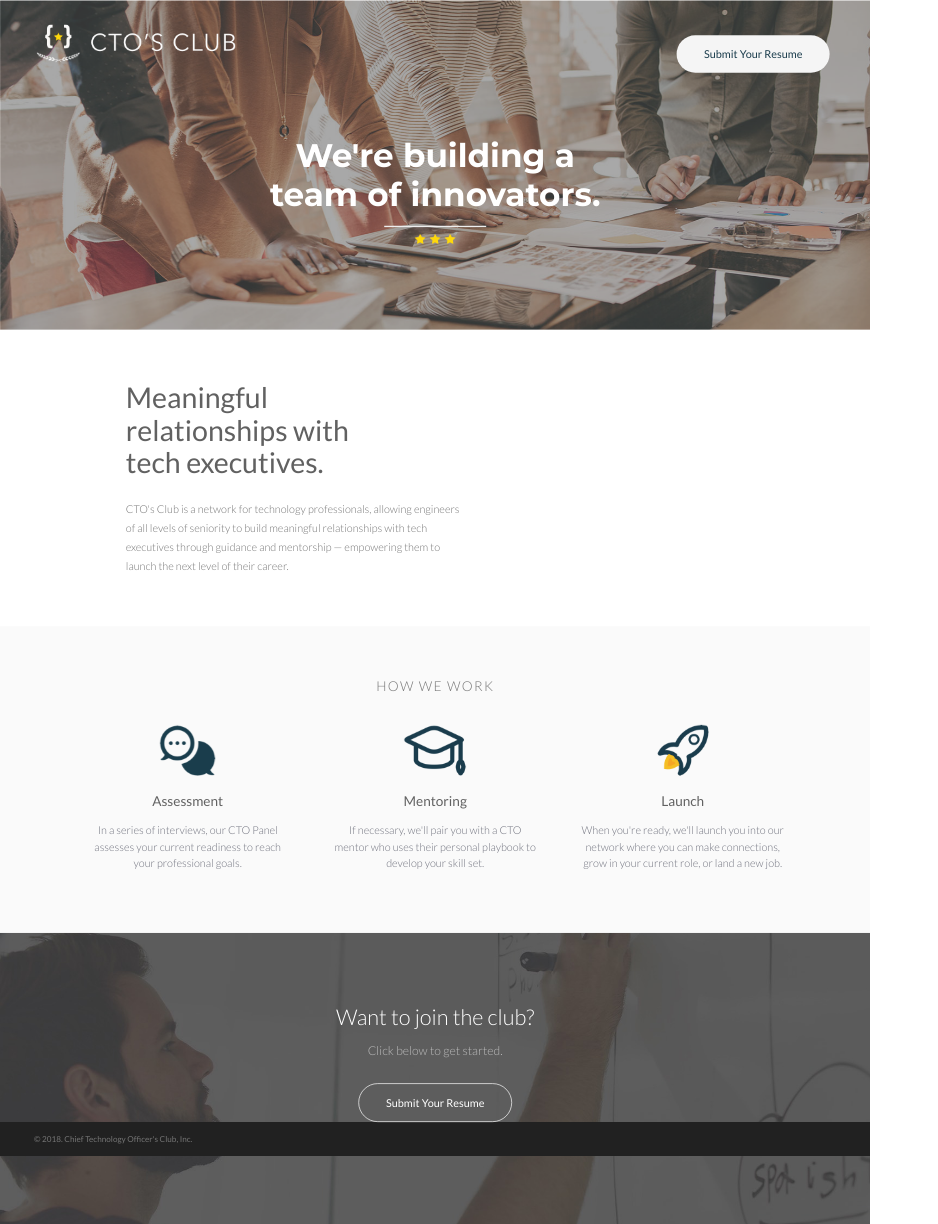
Repository: jadamduff/ctos_club_master
Page: index.html
The author's editor kept a record of every edit. The page is drawn from the files as they stood at one moment, then again after the next edit.
The browser window is 1280 px wide. The page is 1280 px wide, then 1380 px, so the pictures cover 1380 px, including what lies to the right of the window. The pictures show the whole page, at 68% of full size.
Some web fonts or font styles are not loaded; a fallback is used. Some web libraries are served in a nearby version.

Above is the page before.
Not found: js/join.js

### index.html
<!DOCTYPE html>
<html>
    <head>
        <title>CTO's CLub - Welcome</title>
        <link rel="stylesheet" type="text/css" href="css/base.css" />
        <link href="https://fonts.googleapis.com/css?family=Lato:300,400|Montserrat:500,700|Nunito+Sans:300i,400" rel="stylesheet">
        <script src="https://ajax.googleapis.com/ajax/libs/jquery/3.3.1/jquery.min.js"></script>
        <script src="https://ajax.googleapis.com/ajax/libs/jqueryui/1.12.1/jquery-ui.min.js"></script>
        <script src="js/join.js"></script>
        <meta name="viewport" content="width=device-width, initial-scale=1">
    </head>
    <body>
        <div class="screen" id="screen"></div>
        <div class="form_box" id="form_box">
            <div style="width: 350px; margin: 15px 25px 0 25px; text-align: center">
                <div id="wufoo-z19no87o1f58xc2">
                    Fill out my <a href="https://jadamduff.wufoo.com/forms/z19no87o1f58xc2">online form</a>.
                </div>
                <p id="close_btn">Close</p>
            </div>
        </div>
        <div style="width: 100%; height: 500px; background-color: #eeeeee; top: -500px; position: absolute"></div>
        <div style="background-image: url('images/hero_bg4.png'); width: 100%; height: 485px; background-size: cover; background-position: top">
            <div class="header" id="header_lg">
                <div class="header_contents">
                    <img src="images/logo_hero2.png" id="header_logo" />
                    <div class="contact_button" id="contact_button">Submit Your Resume</div>
                </div>
            </div>
            <div class="header smaller" id="header_sm">
                <div class="header_contents">
                    <img src="images/logo_main_sm6.png" id="header_logo_sm" />
                    <div class="contact_button smaller" id="contact_button_sm">Submit Your Resume</div>
                </div>
            </div>
            <div class="hero_wrapper" id="hero_wrapper">
                <div style="vertical-align: middle; border: 0; display: inline-block; line-height: 1.2; text-align: center; font-family: Montserrat; font-weight: 700; color: #ffffff; font-size: 48px; margin: 200px 0 10px 0">
                    We're building a<br />team of innovators.
                </div><br />
                <div style="width: 150px; height: 2px; background-color: #eeeeee; display: inline-block; margin: 0 0 5px 0"></div><br />
                <div style="display: inline-block">
                    <img src="images/star_sm.png" />
                    <img src="images/star_sm.png" />
                    <img src="images/star_sm.png" />
                </div>
            </div>
        </div>
        <div style="width: 100%; background-color: #ffffff; text-align: center; padding: 75px 0 75px 0">
            <div style="display: inline-block; padding: 0 25px 0 100px; vertical-align: middle">

                <div style="margin: 0; text-align: left">
                        <p style="font-family: Lato; font-size: 42px; color: #616161; font-weight: 400; line-height: 48px; max-width: 400px; margin: 0 0 30px 0">
                            Meaningful relationships with tech executives.
                        </p>
                        <p style="font-family: Lato; font-size: 16px; color: #757575; font-weight: 300; line-height: 28px; margin: 0; max-width: 500px">
                            CTO's Club is a network for technology professionals, allowing engineers of all levels of seniority to build meaningful relationships with tech executives through guidance and mentorship &#8212 empowering them to launch the next level of their career.
                        </p>
                </div>
            </div>
            <div style="display: inline-block; vertical-align: middle; margin: 0 100px 0 25px">
                <img src="images/alex3.png" id="cto_image"/>
                <div id="cto_label">
                    <p style="font-family: Nunito Sans; font-weight: 400; color: #424242; font-size: 22px; text-align: center; margin: 25px 0 0 0; line-height: 22px; vertical-align: middle">
                        <img src="images/star_sm.png" style="vertical-align: middle; padding: 0 0 6px 0" /> Alex Baretta
                    </p>
                    <p style="font-family: Nunito Sans; font-weight: 300i; font-style: italic; color: #424242; font-size: 18px; text-align: center; margin: 0 0 0 18px; line-height: 22px; vertical-align: middle">
                        Founder at xMuTuo
                    </p>
                </div>
            </div>

        </div>
        <div style="width: 100%; background-color: #fafafa; text-align: center; padding: 75px 0 75px 0">
            <div style="font-family: Lato; font-size: 20px; color: #757575; margin: 0 0 30px 0; text-align: center; font-weight: 300; letter-spacing: 2px">
                HOW WE WORK<br />
            </div>

            <ul style="list-style-type: none; display: inline-block; padding: 0">
                <li style="display: inline-block; width: 300px; margin: 0 30px; vertical-align: top">
                    <img src="images/interview_icon.png" style="height: 75px"/>
                    <p style="font-family: Lato; font-weight: 400; font-size: 20px; color: #616161; text-align: center">
                        Assessment
                    </p>
                    <p style="font-family: Lato; font-size: 16px; color: #6F717D; margin: 0; text-align: center; font-weight: 300; line-height: 24px">
                        In a series of interviews, our CTO Panel assesses your current readiness to reach your professional goals.
                    </p>
                </li>
                <li style="display: inline-block; width: 300px; margin: 0 30px; vertical-align: top">
                    <img src="images/mentoring_icon.png" style="height: 75px"/>
                    <p style="font-family: Lato; font-weight: 400; font-size: 20px; color: #616161; text-align: center">
                        Mentoring
                    </p>
                    <p style="font-family: Lato; font-size: 16px; color: #6F717D; margin: 0; text-align: center; font-weight: 300; line-height: 24px">
                        If necessary, we'll pair you with a CTO mentor who uses their personal playbook to develop your skill set.
                    </p>
                </li>
                <li style="display: inline-block; width: 300px; margin: 0 30px; vertical-align: top">
                    <img src="images/launch_icon.png" style="height: 75px"/>
                    <p style="font-family: Lato; font-weight: 400; font-size: 20px; color: #616161; text-align: center">
                        Launch
                    </p>
                    <p style="font-family: Lato; font-size: 16px; color: #6F717D; margin: 0; text-align: center; font-weight: 300; line-height: 24px">
                        When you're ready, we'll launch you into our network where you can make connections, grow in your current role, or land a new job.
                    </p>
                </li>
            </ul>
        </div>
        <div style="width: 100%; background-image: url('images/bottom_hero.jpg'); background-size: cover; background-position: center; text-align: center; padding: 100px 0">
                <p style="font-family: Lato; font-size: 32px; color: #ffffff; font-weight: 300; line-height: 48px; max-width: 400px; margin: 0 0 10px 0; display: inline-block">
                    Want to join the club?
                </p><br />
                <p style="font-family: Lato; font-size: 18px; color: #bdbdbd; font-weight: 300; line-height: 28px; margin: 0 0 35px 0; display: inline-block">
                    Click below to get started.
                </p><br />
                <div class="contact_button2" id="contact_button2">Submit Your Resume</div>
                <div class="footer">&copy; 2018. Chief Technology Officer's Club, Inc.</div>
        </div>
    </body>

</html>

### css/base.css
@import url("divs.css");
@import url("fonts.css");
@import url("animations.css");

body {
    padding: 0;
    margin: 0;
    overflow: auto;
    background-color: #ffffff;
}

form.wufoo {
    padding: 0;
}

wufoo-form-container {
    max-height: 367px;
}

.noI {
    overflow: hidden;
}

input.text {
    border-top: 0px;
}

form span.req {
    display: none !important;
}

.wufoo label.desc {
    color: #1a3c4c;
    font-size: 16px;
    margin: 5px 0 5px 0;
}


.wufoo input.text {
    width: 330px;
    height: 50px;
    font-size: 18px;
    line-height: 50px;
    vertical-align: middle;
    padding: 0 0 0 10px;
    border-radius: 2px;
    outline: none;
    max-width: 340px;
    border-color: #eeeeee;
    border-top-color: #eeeeee;
}

.wufoo input.btTxt {
    width: 100px;
    border-radius: 2px;
    border: 0;
    background-color: #1A3C4C;
    width: 100%;
    height: 50px;
    font-family: Lato;
    font-size: 16px;
    color: #ffffff;
    margin: 15px 0 0 0;
    opacity: 0.8;
    transition: opacity .2s;
}

.wufoo input.btTxt:hover {
    opacity: 1;
    cursor: pointer;
}

#errorLi {
    display: none;
}

form li.error p.error {
    display: none;
}

form li.error {
    margin-bottom: 0 !important;
    background-color: #ffffff !important;
}

#cto_image {
    margin-top: -15px;
    opacity: 0;
    transition: opacity 3s;
}

#cto_label {
    opacity: 0;
    margin: 0 0 0 -25px;
    transition: opacity 3s, margin 1.5s;
}

### css/divs.css
.screen {
    width: 100%;
    height: 100%;
    z-index: 2;
    background-color: #000000;
    position: fixed;
    opacity: 0.3;
    display: none;
}

.form_box {
    width: 400px;
    height: 430px;
    background-color: #ffffff;
    border-radius: 3px;
    position: fixed;
    top: 50%;
    left: 50%;
    margin: -215px 0 0 -200px;
    z-index: 3;
    opacity: 1;
    display: none;
}

.header {
    width: 100%;
    height: 141px;
    padding: 30px 0;
    position: fixed;
    transition: height .15s;
    vertical-align: middle;
    text-align: center;
    z-index: 6;
}

.header_contents {
    width: 100%;
    max-width: 1280px;
    display: inline-block;
}

.header.smaller {
    height: 63px;
    box-shadow: 0 4px 8px 0 rgba(0, 0, 0, 0.1), 0 6px 20px 0 rgba(0, 0, 0, 0.10);
    background-color: #ffffff;
    opacity: 0.95;
    padding: 0;
    display: none;
}

#header_logo {
    float: left;
    padding: 0 0 0 50px;
}

#header_logo_sm {
    float: left;
    padding: 8px 0 0 50px;
}

.hero_wrapper {
    width: 100%;
    margin: 0;
    text-align: center;
    vertical-align: middle;
}

.contact_button {
    height: 55px;
    border: 0px solid #e0e0e0;
    background-color: #f5f5f5;
    border-radius: 55px;
    text-align: center;
    line-height: 55px;
    font-family: Lato;
    font-size: 16px;
    color: #1a3c4c;
    float: right;
    vertical-align: middle;
    padding: 0 40px 0 40px;
    margin: 22px 60px 0 0;
    transition: border .2s;
    transition: background-color .2s;
}

.contact_button:hover {
    cursor: pointer;
    border: 0px solid #bdbdbd;
    background-color: #e0e0e0;
}

.contact_button.smaller {
    height: 35px;
    line-height: 34px;
    padding: 0 20px 0 20px;
    margin: 14px 60px 0 0;
}

.contact_button2 {
    height: 55px;
    border: 1px solid #ffffff;
    border-radius: 55px;
    text-align: center;
    line-height: 55px;
    font-family: Lato;
    font-size: 16px;
    color: #ffffff;
    vertical-align: middle;
    padding: 0 40px 0 40px;
    transition: border .2s;
    transition: background-color .2s, border .1s;
    display: inline-block;
}

.contact_button2:hover {
    cursor: pointer;
    border: 1px solid #FFD80B;
    background-color: #E1BF10;
    color: #fafafa;
}

#close_btn {
    font-family: Lato;
    color: #bdbdbd;
    font-size: 14px;
    padding: 0;
    margin: -10px 0 0 0;
    position: absolute;
    z-index: 4;
    width: 350px;
    bottom: 25px;
}

#close_btn:hover {
    cursor: pointer;
}

.footer {
    background-color: #212121;
    height: 50px;
    color: #757575;
    font-family: Lato;
    font-weight: 400;
    font-size: 12px;
    padding: 0 50px;
    line-height: 50px;
    vertical-align: middle;
    text-align: left;
}

Loaded but not shown: css/animations.css (no stored copy; drawn as an empty file)

After the next edit:
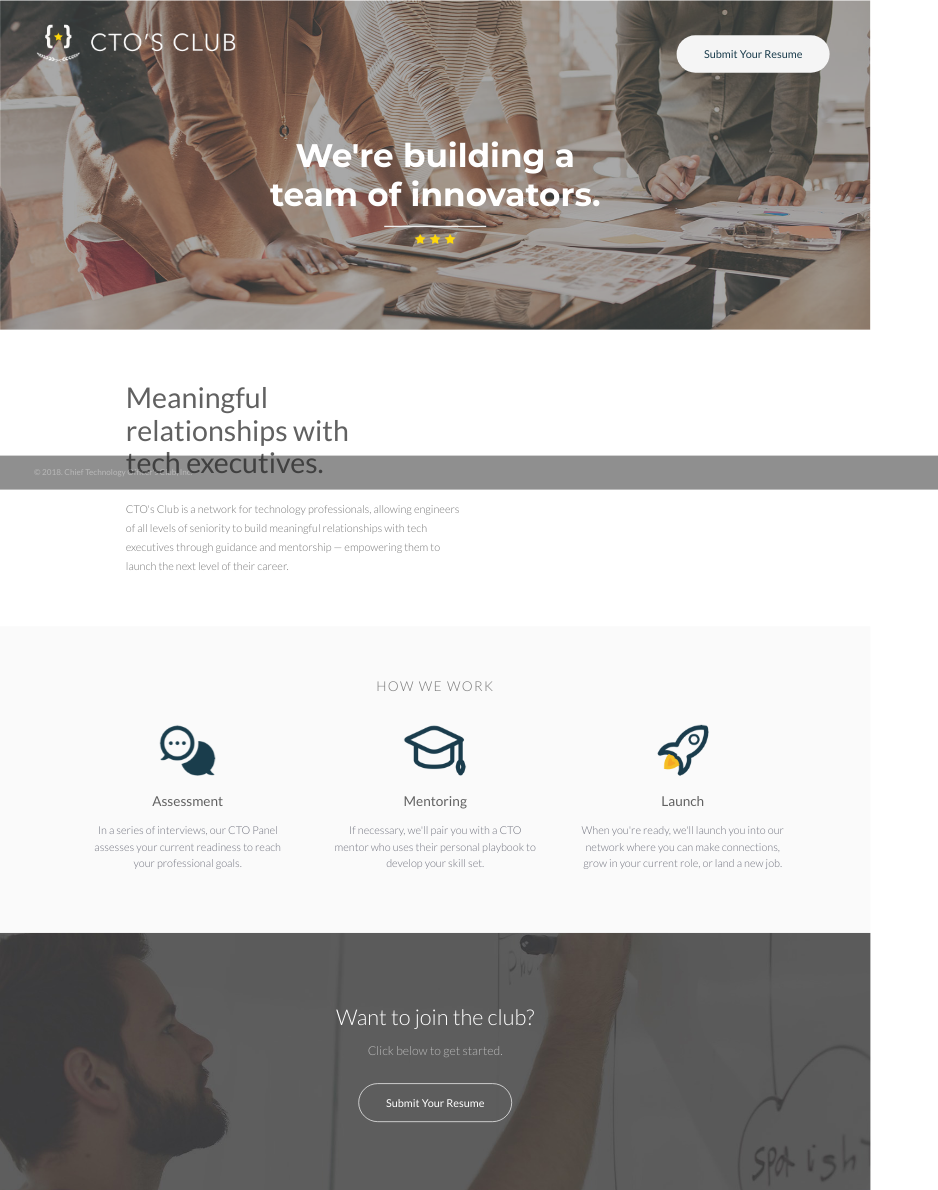
The edit:
--- a/css/divs.css
+++ b/css/divs.css
@@ -146,4 +146,8 @@
     line-height: 50px;
     vertical-align: middle;
     text-align: left;
+    opacity: 0.5;
+    position: absolute;
+    bottom: 0;
+    width: 100%;
 }
